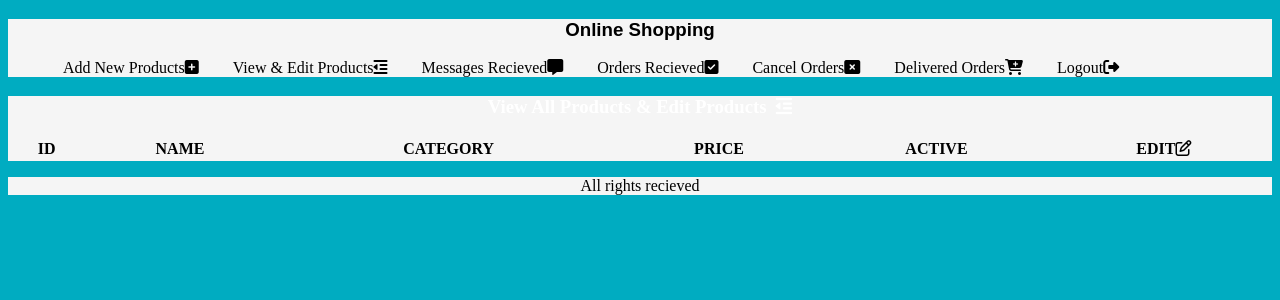
Repository: NidhiDaniel/E-Cart
Page: http://localhost/Online-Shopping-Cart/admin/product-view.jsp
These files come from the project's save history. The page is drawn as it stood at one moment and after the next save; the edit follows.
The browser window is 1280 px wide. The pictures show the whole page.
Some web libraries are served in a nearby version. The page is served by Tomcat 9. Queries for data that is not in the repository find no rows.

Above is the page before, as saved 2024-01-06 05:14:07.

After the next save:
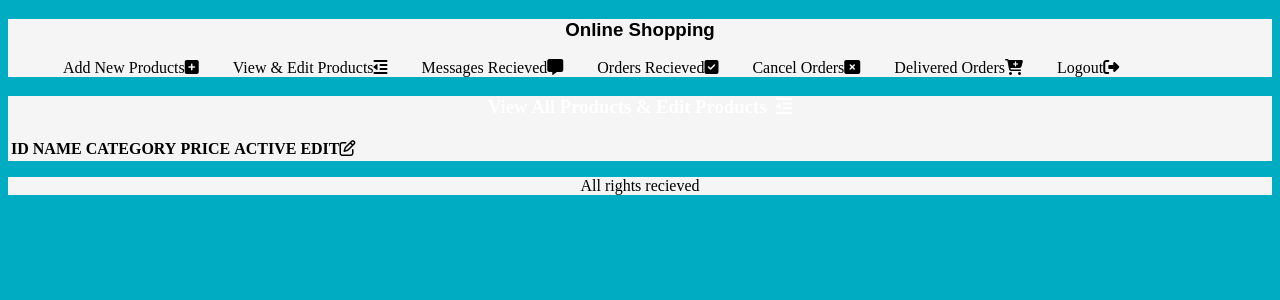
Saved 49 s later.
--- a/Online-Shopping-Cart/src/main/webapp/css/admin-product.css
+++ b/Online-Shopping-Cart/src/main/webapp/css/admin-product.css
@@ -25,6 +25,6 @@
 .product-container {
 	background: #f5f5f5
 }
-.product-container table{
+.product-container table tr{
 	width: 100%;
 }

After the save that followed:
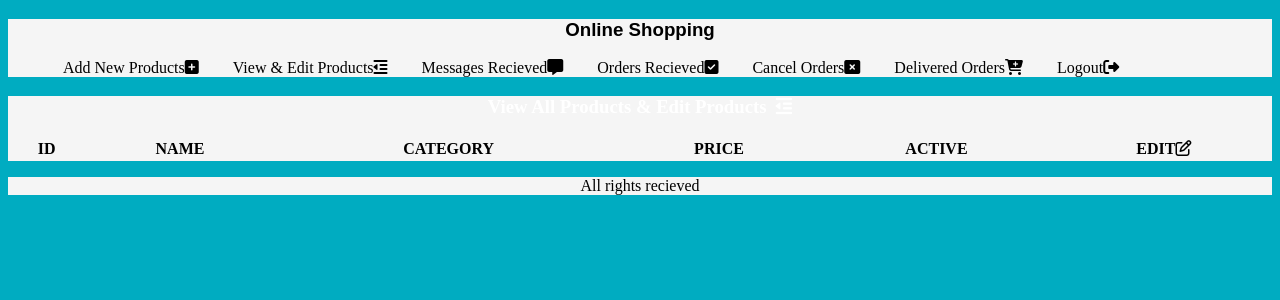
Saved 3 min 2 s later.
--- a/Online-Shopping-Cart/src/main/webapp/css/admin-product.css
+++ b/Online-Shopping-Cart/src/main/webapp/css/admin-product.css
@@ -25,6 +25,6 @@
 .product-container {
 	background: #f5f5f5
 }
-.product-container table tr{
-	width: 100%;
+.product-container table {
+	width: -webkit-fill-available;
 }
